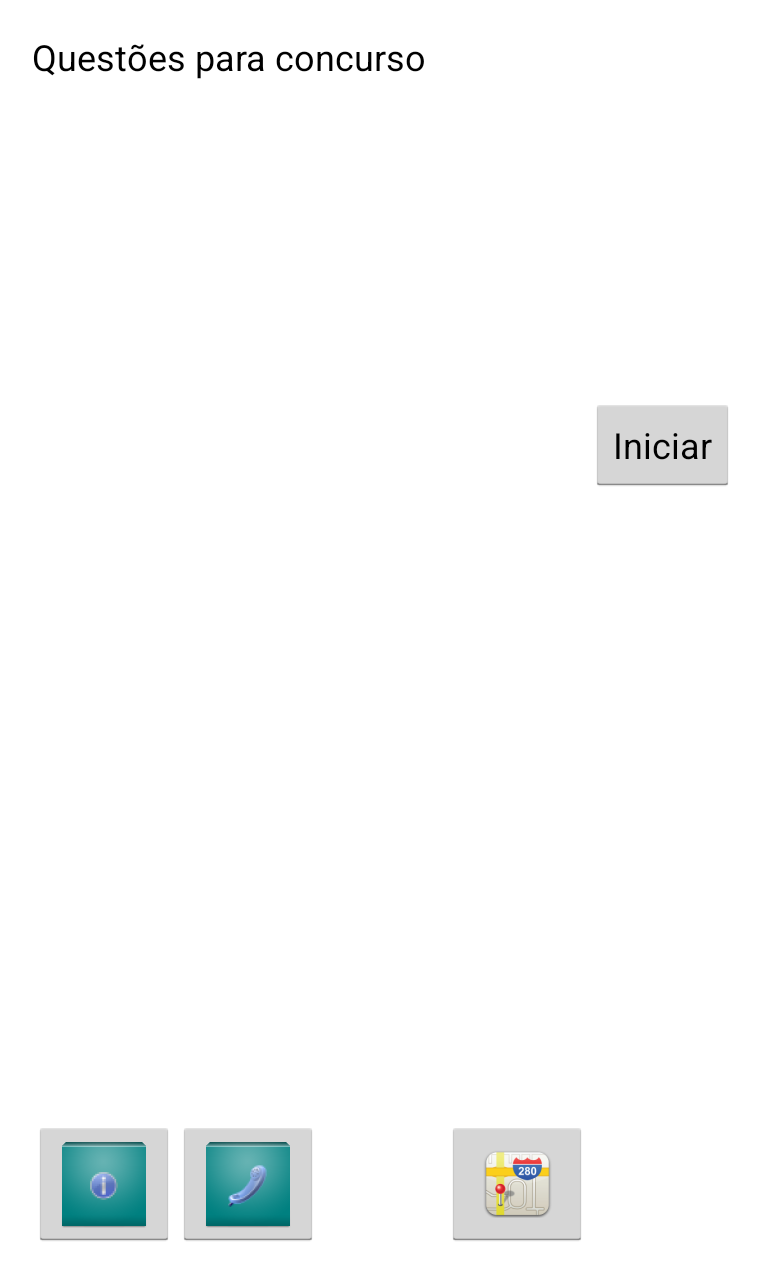
Repository: lmqs/ProjetoAndroid
Layout: TopicosProjeto/res/layout/activity_principal.xml
The author's editor kept a copy of each file at every save. The layout is drawn from the files as they stood at one save, then again after the next save.
It is drawn on a 768 x 1280 px phone screen (xhdpi) without system bars, with theme AppTheme; the app's code is not run.

Above is the layout before, as saved 2014-04-27 03:06:18.

### TopicosProjeto/res/layout/activity_principal.xml
<RelativeLayout xmlns:android="http://schemas.android.com/apk/res/android"
    xmlns:tools="http://schemas.android.com/tools"
    android:layout_width="match_parent"
    android:layout_height="match_parent"
    android:paddingBottom="@dimen/activity_vertical_margin"
    android:paddingLeft="@dimen/activity_horizontal_margin"
    android:paddingRight="@dimen/activity_horizontal_margin"
    android:paddingTop="@dimen/activity_vertical_margin"
    tools:context=".Principal" >

    <LinearLayout
        android:id="@+id/linearLayout1"
        android:layout_width="wrap_content"
        android:layout_height="wrap_content"
        android:layout_alignParentLeft="true"
        android:layout_alignParentRight="true"
        android:orientation="vertical" >

        <TextView
            android:id="@+id/textView1"
            android:layout_width="wrap_content"
            android:layout_height="wrap_content"
            android:text="@string/lbltitulo"
            android:textAppearance="?android:attr/textAppearanceMedium" />
    </LinearLayout>

    <LinearLayout
        android:id="@+id/linearLayout2"
        android:layout_width="wrap_content"
        android:layout_height="wrap_content"
        android:layout_alignParentRight="true"
        android:layout_below="@+id/linearLayout1"
        android:layout_marginTop="158dp"
        android:orientation="vertical" >

        <Button
            android:id="@+id/button1"
            android:layout_width="wrap_content"
            android:layout_height="wrap_content"
            android:text="@string/btnInciar" />

    </LinearLayout>

    <ImageButton
        android:id="@+id/imageButton1"
        android:layout_width="wrap_content"
        android:layout_height="wrap_content"
        android:layout_alignParentBottom="true"
        android:layout_alignParentLeft="true"
        android:src="@drawable/informacoes" />

    <ImageButton
        android:id="@+id/imageButton3"
        android:layout_width="wrap_content"
        android:layout_height="wrap_content"
        android:layout_alignTop="@+id/imageButton1"
        android:layout_toRightOf="@+id/imageButton1"
        android:src="@drawable/chamar" />

    <ImageButton
        android:id="@+id/imageButton2"
        android:layout_width="wrap_content"
        android:layout_height="wrap_content"
        android:layout_alignBottom="@+id/imageButton3"
        android:layout_toLeftOf="@+id/linearLayout2"
        android:src="@drawable/maps" />

</RelativeLayout>

### TopicosProjeto/res/values/strings.xml
<?xml version="1.0" encoding="utf-8"?>
<resources>

    <string name="app_name">TopicosProjeto</string>
    <string name="action_settings">Settings</string>
    <string name="hello_world">Hello world!</string>
    <string name="lbltitulo">Questões para concurso</string>
    <string name="btnInciar">Iniciar</string>

</resources>

Loaded but not shown: TopicosProjeto/res/values/styles.xml (common file); TopicosProjeto/res/values-v11/styles.xml (common file); TopicosProjeto/res/values-v14/styles.xml (common file); TopicosProjeto/res/values/dimens.xml (common file)

After the next save:
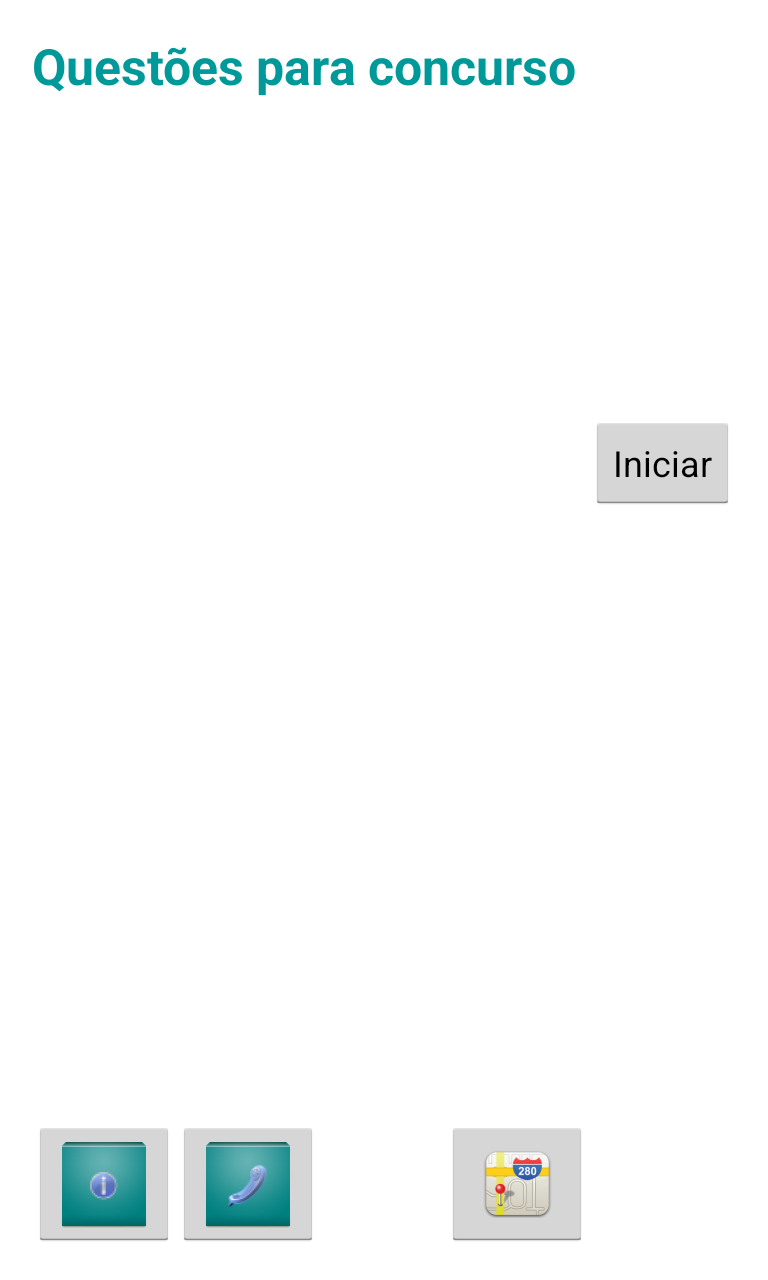
Saved 2 min 10 s later.
--- a/TopicosProjeto/res/layout/activity_principal.xml
+++ b/TopicosProjeto/res/layout/activity_principal.xml
@@ -21,7 +21,11 @@
             android:layout_width="wrap_content"
             android:layout_height="wrap_content"
             android:text="@string/lbltitulo"
-            android:textAppearance="?android:attr/textAppearanceMedium" />
+            android:textAppearance="?android:attr/textAppearanceMedium"
+            android:textColor="#009999"
+            android:textSize="25sp"
+            android:textStyle="bold"
+            android:typeface="sans" />
     </LinearLayout>
 
     <LinearLayout
@@ -38,7 +42,6 @@
             android:layout_width="wrap_content"
             android:layout_height="wrap_content"
             android:text="@string/btnInciar" />
-
     </LinearLayout>
 
     <ImageButton
